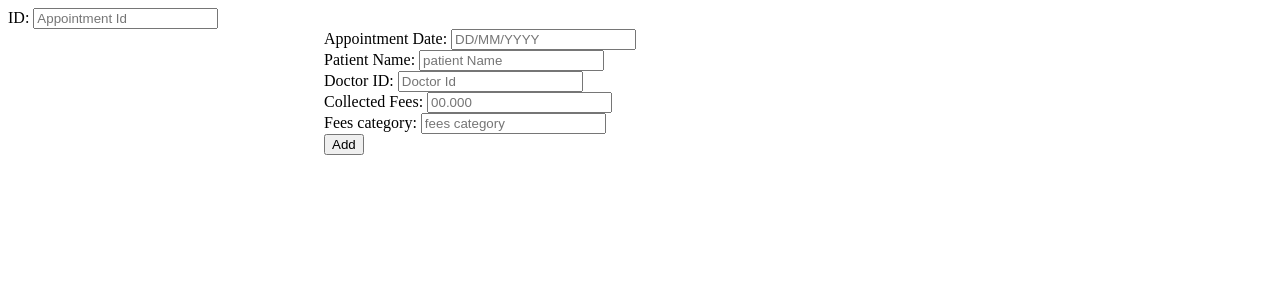
Repository: rameshraj97/Core-java
Page: firstWebsite/src/main/webapp/AddAppointments.html
These files come from the project's save history. The page is drawn as it stood at one moment and after the next save; the edit follows.
The browser window is 1280 px wide. The pictures show the whole page.

Above is the page before, as saved 2022-05-25 14:44:09.

### firstWebsite/src/main/webapp/AddAppointments.html
<!DOCTYPE html>
<html>
<head>
<meta charset="ISO-8859-1">
<title>AddAppointment</title>
</head>
<body>
        ID: <input type='text' name='id' placeholder="Appointment Id">
        </div>
        <div style= "width:50%; margin :0 auto">
        Appointment Date: <input type='text' name='appdate' placeholder="DD/MM/YYYY">
        </div>
        <div style= "width:50%; margin :0 auto">
        Patient Name: <input type='text' name='name' placeholder="patient Name">
        </div>
        <div style= "width:50%; margin :0 auto">
        Doctor ID: <input type='text' name='docid' placeholder="Doctor Id">
        </div>
        <div style= "width:50%; margin :0 auto">
        Collected Fees: <input type='text' name='fees' placeholder="00.000">
        </div>
        <div style= "width:50%; margin :0 auto">
        Fees category: <input type='text' name='feesCat' placeholder="fees category">
        </div>
        <div style= "width:50%; margin :0 auto">
        <input type=submit name='submit' value=Add>
        </div>
    </form>

</body>
</html>

After the next save:
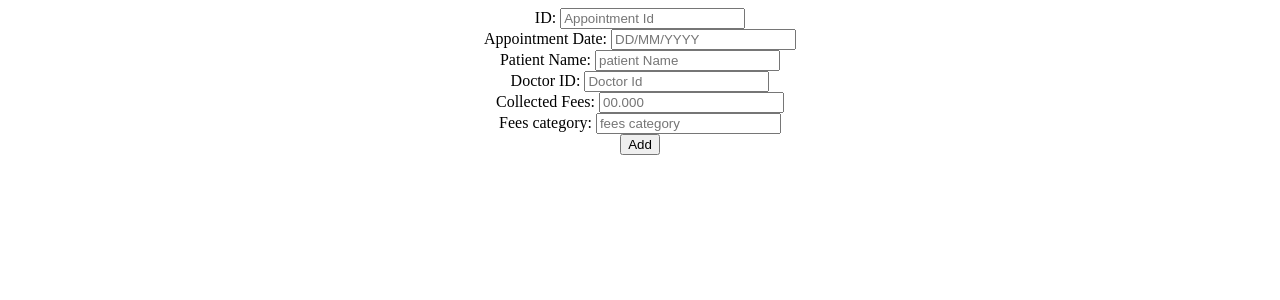
Saved 5 min 17 s later.
--- a/firstWebsite/src/main/webapp/AddAppointments.html
+++ b/firstWebsite/src/main/webapp/AddAppointments.html
@@ -5,6 +5,9 @@
 <title>AddAppointment</title>
 </head>
 <body>
+<form action="/firstWebsite/Appointment" method="post"><!-- need to mention method =post -->
+        <center>
+        <div>
         ID: <input type='text' name='id' placeholder="Appointment Id">
         </div>
         <div style= "width:50%; margin :0 auto">
